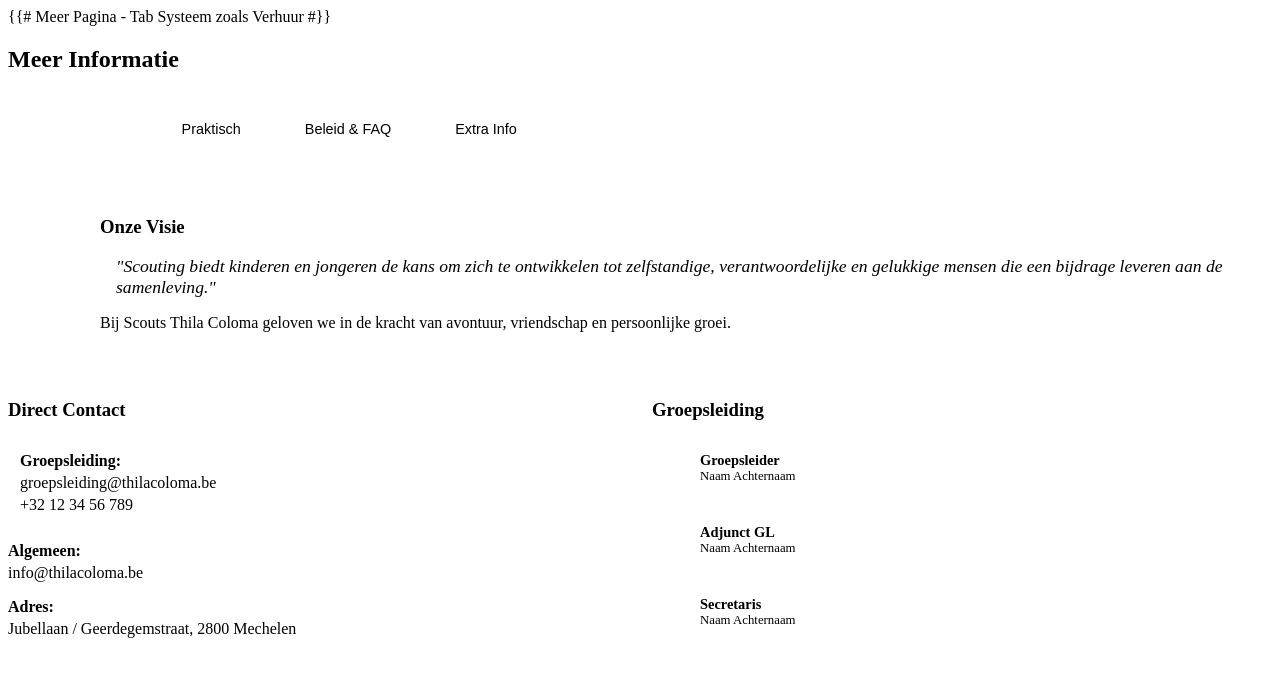
Repository: SimonCodesf/thilacoloma
Page: resources/views/meer.antlers.html
An editor plug-in stored every save of this project. The page is shown before and after the next save, followed by the edit.
The browser window is 1280 px wide. The pictures show the whole page.

Above is the page before, as saved 2025-08-21 13:11:41.

After the next save:
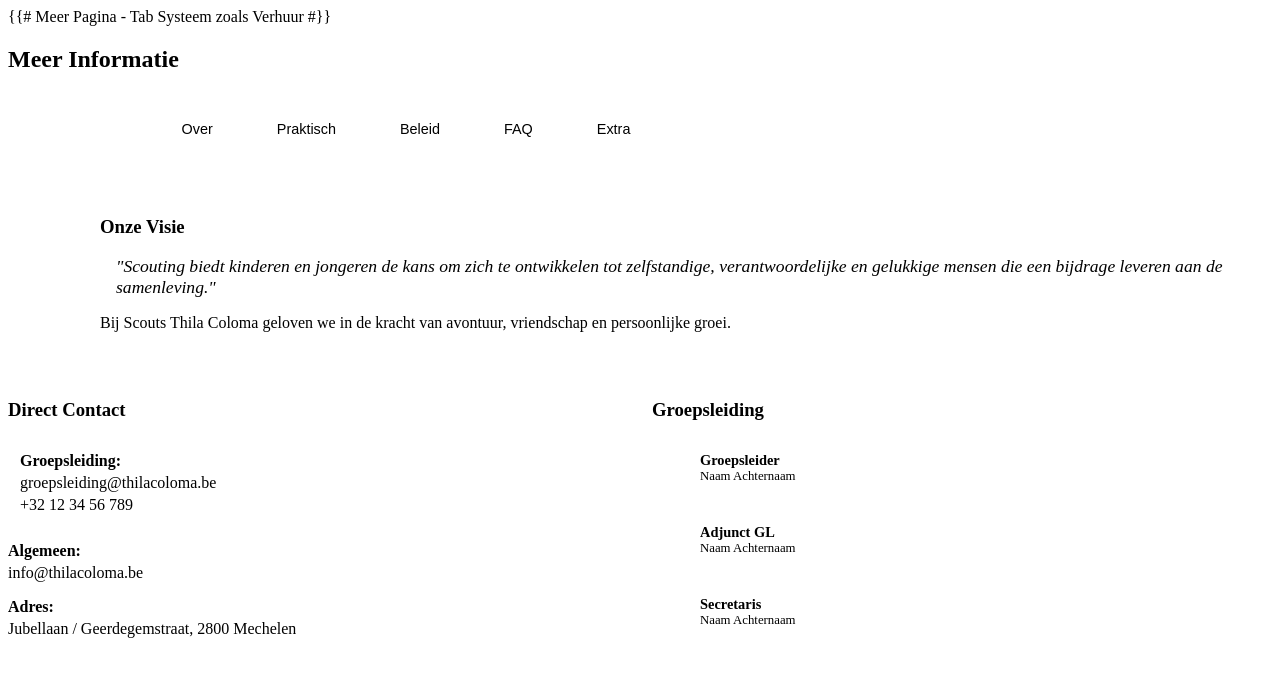
Saved 4 min 54 s later.
--- a/resources/views/meer.antlers.html
+++ b/resources/views/meer.antlers.html
@@ -8,6 +8,10 @@
         <button class="tab-button active" onclick="showTab('hoofdinfo')">
             <i class="fas fa-home"></i>
             Hoofdinfo
+        </button>
+        <button class="tab-button" onclick="showTab('over')">
+            <i class="fas fa-heart"></i>
+            Over
         </button>
         <button class="tab-button" onclick="showTab('praktisch')">
             <i class="fas fa-clipboard-list"></i>
@@ -15,11 +19,15 @@
         </button>
         <button class="tab-button" onclick="showTab('beleid')">
             <i class="fas fa-shield-alt"></i>
-            Beleid & FAQ
+            Beleid
+        </button>
+        <button class="tab-button" onclick="showTab('faq')">
+            <i class="fas fa-question-circle"></i>
+            FAQ
         </button>
         <button class="tab-button" onclick="showTab('extra')">
             <i class="fas fa-star"></i>
-            Extra Info
+            Extra
         </button>
     </div>
 
